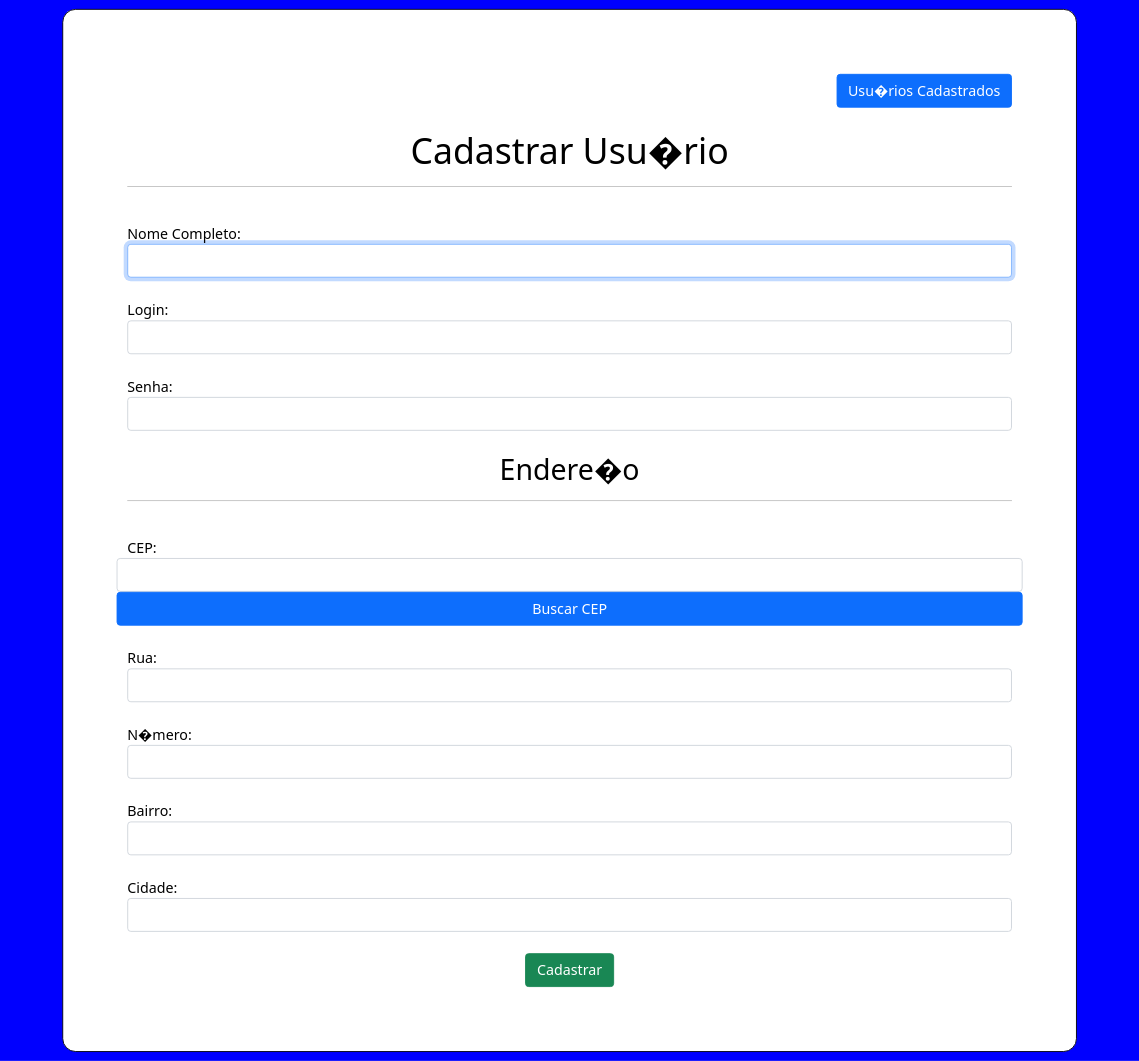
Repository: Magicianred/spring-mvc
Page: http://localhost/index
An editor plug-in stored every save of this project. The page is shown before and after the next save, followed by the edit.
The browser window is 1280 px wide. The pictures show the whole page, at 89% of full size.
The page is this project's Thymeleaf template; nobody is signed in. The template is opened directly, without the code that normally fills it, so the values that code supplies are empty.

Above is the page before, as saved 2021-01-13 02:34:44.

After the next save:
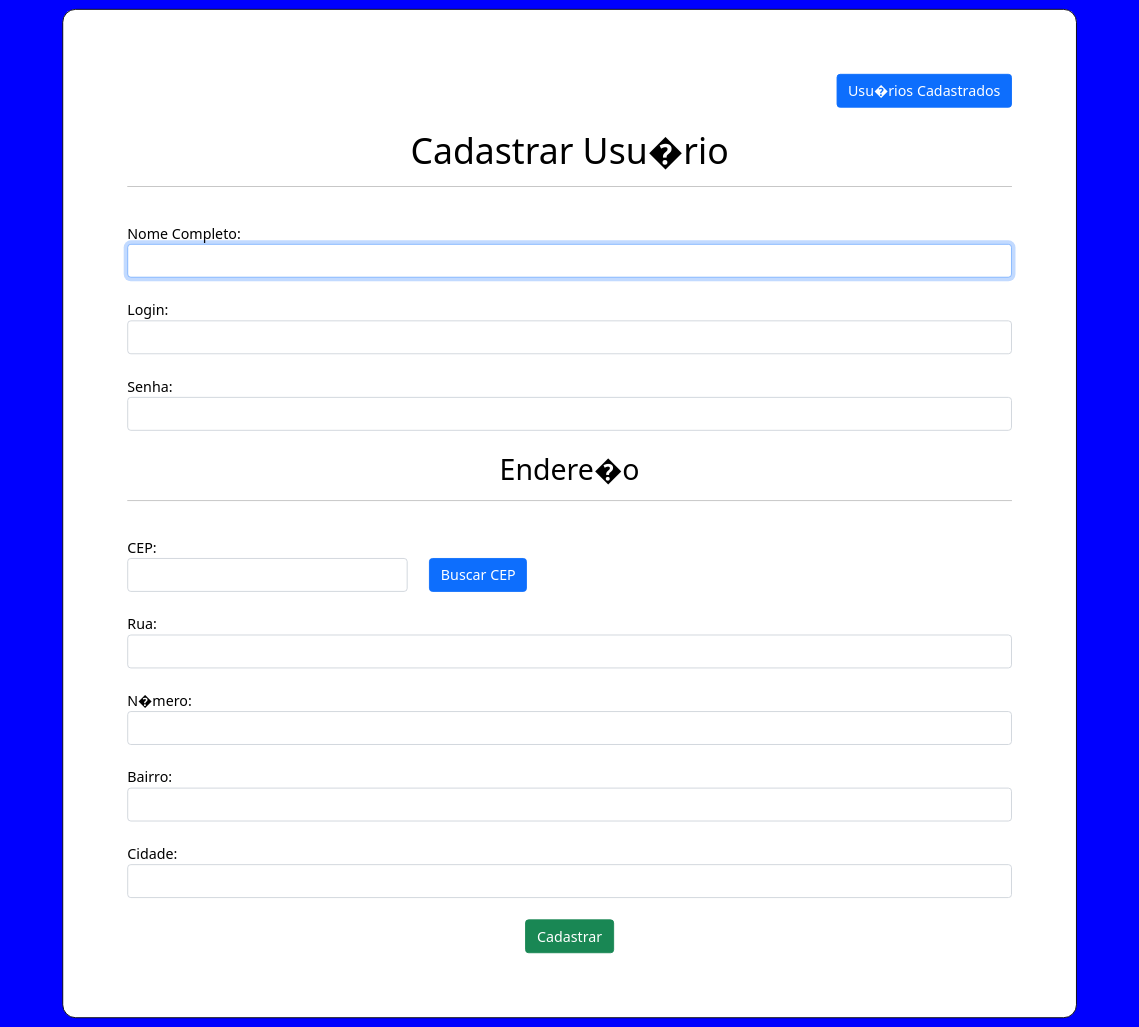
Saved 64 s later.
--- a/springmvc/src/main/resources/templates/index.html
+++ b/springmvc/src/main/resources/templates/index.html
@@ -41,8 +41,8 @@ xmlns:layout="http://www.ultraq.net.nz/thymeleaf/layout">
 		<hr><br/>
 		<div class="form-group row">
 			<label>CEP:</label> <br />
-			<input class="form-control" type="text" name="cep" id="cep" />
-			<button class="btn btn-primary" onclick="buscar()">Buscar CEP</button>
+			<div class="col-md-4"><input class="form-control" type="text" name="cep" id="cep" /></div>
+			<div class="col-md-4"><button class="btn btn-primary" onclick="buscar()">Buscar CEP</button></div>
 		</div>
 		<br />
 
